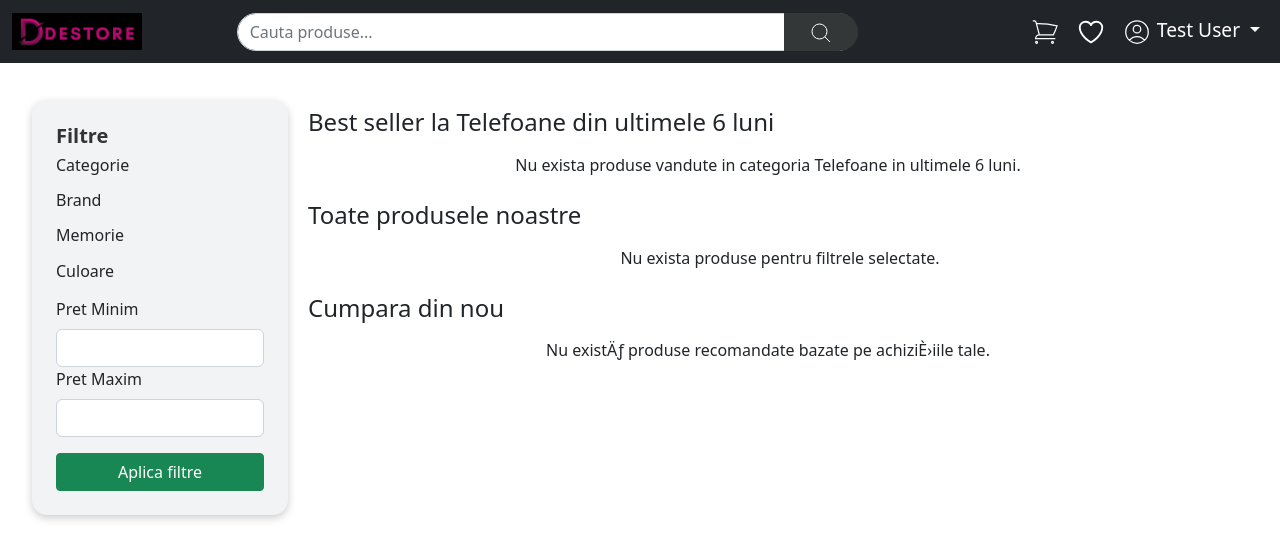
Repository: deni-ITrandafir/E-commerce-app
Page: http://localhost/ddeStore/ProductFilterServlet
The author's editor kept a copy of each file at every save. The page is drawn from the files as they stood at one save, then again after the next save.
The browser window is 1280 px wide. The pictures show the whole page.
The page is served by Tomcat 10. The session is filled in as if someone had signed in: {"name": "Test User", "prenume": 1, "email": "test@example.com", "ID_Utilizator": 1}. Queries for data that is not in the repository find no rows.

Above is the page before, as saved 2025-01-14 20:08:11.

After the next save:
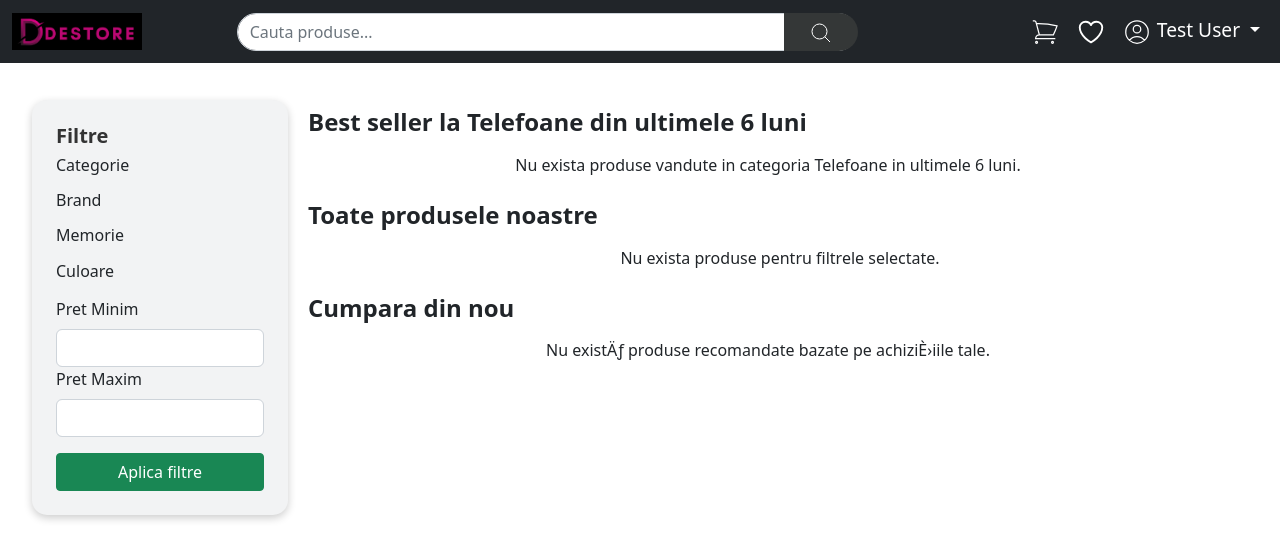
Saved 42 s later.
--- a/DDEstore Application/ddeStore/src/main/webapp/user/index.jsp
+++ b/DDEstore Application/ddeStore/src/main/webapp/user/index.jsp
@@ -186,7 +186,7 @@
 			<div class="col-md-9" style="margin-right:20px;">
 			    <div class="row">
 				    <!-- Best seller din ultimele 6 luni -->
-					<h4 class="text-left p-2">Best seller la Telefoane din ultimele 6 luni</h4>
+					<h4 class="text-left p-2"><b>Best seller la Telefoane din ultimele 6 luni</b></h4>
 					<div class="row">
 						    <%
 						        List<Map<String, String>> bestSellingProducts = (List<Map<String, String>>) request.getAttribute("bestSellingProducts");
@@ -239,7 +239,7 @@
 
 
 			    	<!-- Toate produsele -->
-			    	<h4 class="text-left p-2">Toate produsele noastre</h4>
+			    	<h4 class="text-left p-2"><b>Toate produsele noastre</b></h4>
 			        <% if (products != null && !products.isEmpty()) {
 			            for (Map<String, String> product : products) { %>
 			                <div class="col-md-4">
@@ -289,7 +289,7 @@
 
 
 <!-- Recomandări produse -->
-<h4 class="text-left p-2">Cumpara din nou</h4>
+<h4 class="text-left p-2"><b>Cumpara din nou</b></h4>
 <div class="row">
     <%
         List<Map<String, String>> recommendedProducts = (List<Map<String, String>>) request.getAttribute("recommendedProducts");
